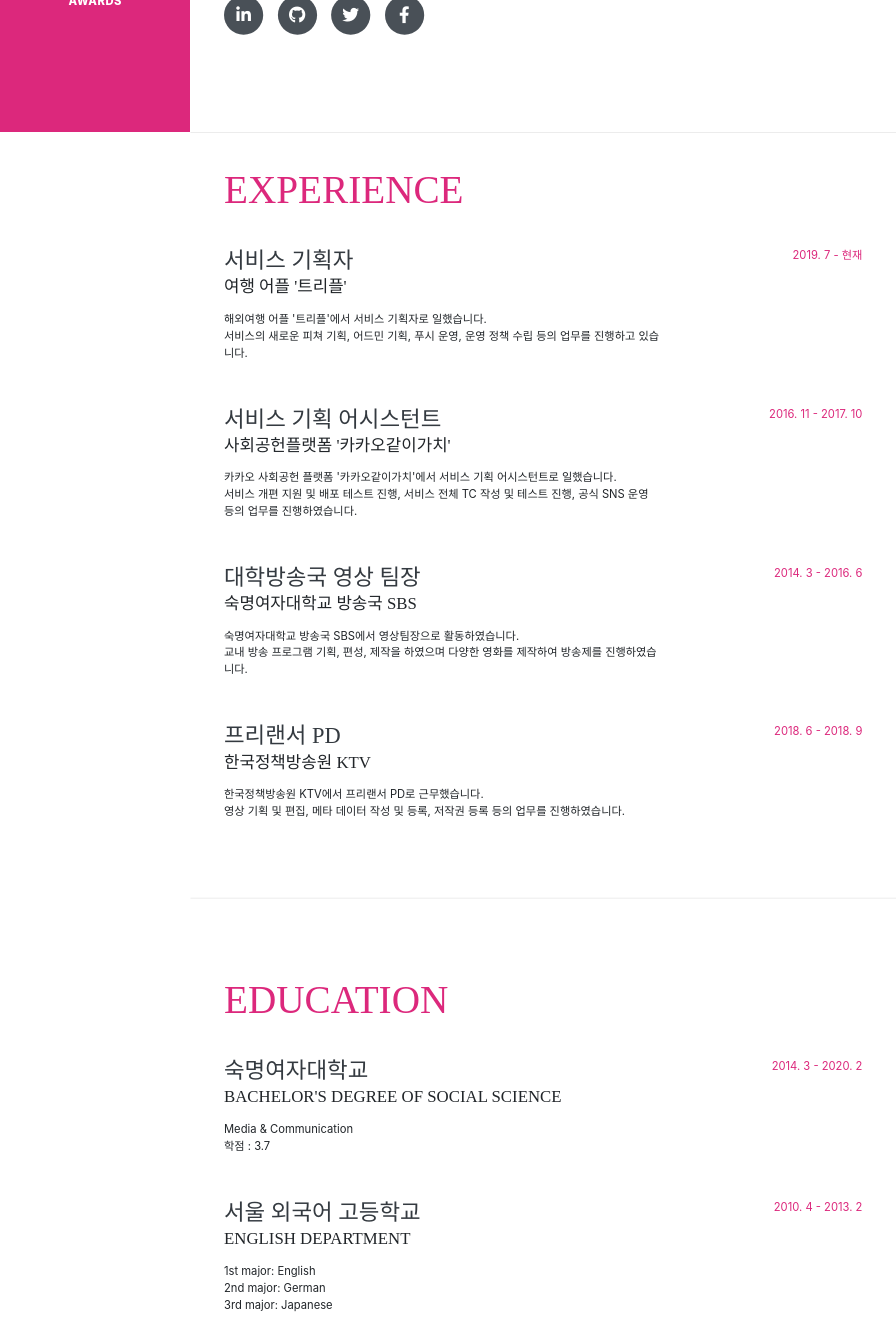
Repository: hyunah-aha/hyunah-aha
Page: Resume/index.html
The author's editor kept a record of every edit. The page is drawn from the files as they stood at one moment, then again after the next edit.
The browser window is 1280 px wide. The pictures show the part of the page from y = 532 to 2452 px (the page is 4823 px tall before and 4804 px after), at 70% of full size.
A picture or video elsewhere on the page could not be fetched, so the positions and the page height are approximate. Some web fonts or font styles are not loaded; a fallback is used.

Above is the page before.

### Resume/index.html
<!DOCTYPE html>
<html lang="kor">

<head>

  <meta charset="utf-8">
  <meta name="viewport" content="width=device-width, initial-scale=1, shrink-to-fit=no">
  <meta name="description" content="">
  <meta name="author" content="">

  <title>Resume - Start Bootstrap Theme</title>

  <!-- Bootstrap core CSS -->
  <link href="vendor/bootstrap/css/bootstrap.min.css" rel="stylesheet">

  <!-- Custom fonts for this template -->
  <link href="https://fonts.googleapis.com/css?family=Saira+Extra+Condensed:500,700" rel="stylesheet">
  <link href="https://fonts.googleapis.com/css?family=Muli:400,400i,800,800i" rel="stylesheet">
  <link href="vendor/fontawesome-free/css/all.min.css" rel="stylesheet">

  <!-- Custom styles for this template -->
  <link href="css/resume.css" rel="stylesheet">

</head>

<body id="page-top">

  <nav class="navbar navbar-expand-lg navbar-dark bg-primary fixed-top" id="sideNav">
    <a class="navbar-brand js-scroll-trigger" href="#page-top">
      <span class="d-block d-lg-none">조현아의 포트폴리오
</span>
      <span class="d-none d-lg-block">
        <img class="img-fluid img-profile rounded-circle mx-auto mb-2" src="img/hyunah_profile2.jpeg" alt="">
      </span>
    </a>
    <button class="navbar-toggler" type="button" data-toggle="collapse" data-target="#navbarSupportedContent" aria-controls="navbarSupportedContent" aria-expanded="false" aria-label="Toggle navigation">
      <span class="navbar-toggler-icon"></span>
    </button>
    <div class="collapse navbar-collapse" id="navbarSupportedContent">
      <ul class="navbar-nav">
        <li class="nav-item">
          <a class="nav-link js-scroll-trigger" href="#about">Hello :D </a>
        </li>
        <li class="nav-item">
          <a class="nav-link js-scroll-trigger" href="#experience">experience</a>
        </li>
        <li class="nav-item">
        </li>
        <li class="nav-item">
          <a class="nav-link js-scroll-trigger" href="#skills">skills</a>
        </li>
        <li class="nav-item">
          <a class="nav-link js-scroll-trigger" href="#interests">interests</a>
        </li>
        <li class="nav-item">
          <a class="nav-link js-scroll-trigger" href="#awards">awards</a>
        </li>
      </ul>
    </div>
  </nav>

  <div class="container-fluid p-0">

    <section class="resume-section p-3 p-lg-5 d-flex align-items-center" id="about">
      <div class="w-100">
        <h1 class="mb-0">조현아
        </h1>
        <br>
        <div class="subheading mb-5">T. 010-8704-0516<br>
          <a href="mailto:someday_ii@hanmail.net">E. someday_ii@hanmail.net</a>
        </div>
        <p class="lead mb-5">안녕하세요. 1년차 서비스 기획자 조현아입니다 🐥🌱 <br>이 자료는 저의 경력 사항들과, 그 이외의 경험들을 담고 있습니다. <br> 시간 내주셔서 감사드립니다. 지금부터 제 소개를 시작하겠습니다.</p>
        <br>
        <div class="social-icons">
          <a href="https://www.triple.guide/intro/" target="_blank">
            <i class="fab fa-linkedin-in"></i>
          </a>
          <a href="https://together.kakao.com/" target="_blank">
            <i class="fab fa-github"></i>
          </a>
          <a href="https://www.naver.com/" target="_blank">
            <i class="fab fa-twitter"></i>
          </a>
          <a href="https://www.daum.net" target="_blank">
            <i class="fab fa-facebook-f"></i>
          </a>
        </div>
      </div>
    </section>

    <hr class="m-0">

    <section class="resume-section p-3 p-lg-5 d-flex justify-content-center" id="experience">
      <div class="w-100">
        <h2 class="mb-5">Experience</h2>

        <div class="resume-item d-flex flex-column flex-md-row justify-content-between mb-5">
          <div class="resume-content">
            <h3 class="mb-0">서비스 기획자</h3>
            <div class="subheading mb-3">여행 어플 '트리플'</div>
            <p>해외여행 어플 '트리플'에서 서비스 기획자로 일했습니다. <br> 서비스의 새로운 피쳐 기획, 어드민 기획, 푸시 운영, 운영 정책 수립 등의 업무를 진행하고 있습니다. </p>
          </div>
          <div class="resume-date text-md-right">
            <span class="text-primary">2019. 7 - 현재</span>
          </div>
        </div>

        <div class="resume-item d-flex flex-column flex-md-row justify-content-between mb-5">
          <div class="resume-content">
            <h3 class="mb-0">서비스 기획 어시스턴트</h3>
            <div class="subheading mb-3">사회공헌플랫폼 '카카오같이가치'</div>
            <p>카카오 사회공헌 플랫폼 '카카오같이가치'에서 서비스 기획 어시스턴트로 일했습니다. <br>  서비스 개편 지원 및 배포 테스트 진행, 서비스 전체 TC 작성 및 테스트 진행, 공식 SNS 운영 등의 업무를 진행하였습니다. </p>
          </div>
          <div class="resume-date text-md-right">
            <span class="text-primary">2016. 11 - 2017. 10</span>
          </div>
        </div>

        <div class="resume-item d-flex flex-column flex-md-row justify-content-between">
          <div class="resume-content">
            <h3 class="mb-0">대학방송국 영상 팀장</h3>
            <div class="subheading mb-3">숙명여자대학교 방송국 SBS</div>
            <p>숙명여자대학교 방송국 SBS에서 영상팀장으로 활동하였습니다. <br>교내 방송 프로그램 기획, 편성, 제작을 하였으며 다양한 영화를 제작하여 방송제를 진행하였습니다.</p>
          </div>
          <div class="resume-date text-md-right">
            <span class="text-primary">2014. 3 - 2016. 6</span>
          </div>
        </div>
        <br><br>

        <div class="resume-item d-flex flex-column flex-md-row justify-content-between mb-5">
          <div class="resume-content">
            <h3 class="mb-0">프리랜서 PD</h3>
            <div class="subheading mb-3">한국정책방송원 KTV</div>
            <p>한국정책방송원 KTV에서 프리랜서 PD로 근무했습니다. <br>영상 기획 및 편집, 메타 데이터 작성 및 등록, 저작권 등록 등의 업무를 진행하였습니다.</p>
          </div>
          <div class="resume-date text-md-right">
            <span class="text-primary">2018. 6 - 2018. 9</span>
          </div>
        </div>

        </div>

      </div>

    </section>

    <hr class="m-0">

    <section class="resume-section p-3 p-lg-5 d-flex align-items-center" id="education">
      <div class="w-100">
        <h2 class="mb-5">Education</h2>

        <div class="resume-item d-flex flex-column flex-md-row justify-content-between mb-5">
          <div class="resume-content">
            <h3 class="mb-0">숙명여자대학교</h3>
            <div class="subheading mb-3">bachelor's degree of social science</div>
            <div>Media & Communication</div>
            <p>학점 : ️3.7</p>
          </div>
          <div class="resume-date text-md-right">
            <span class="text-primary">2014. 3 - 2020. 2</span>
          </div>
        </div>

        <div class="resume-item d-flex flex-column flex-md-row justify-content-between">
          <div class="resume-content">
            <h3 class="mb-0">서울 외국어 고등학교</h3>
            <div class="subheading mb-3">English department</div>
            <p>1st major: English<br>
            2nd major: German<br>
            3rd major: Japanese</p>
          </div>
          <div class="resume-date text-md-right">
            <span class="text-primary">2010. 4 - 2013. 2</span>
          </div>
        </div>

      </div>
    </section>

    <hr class="m-0">


    <section class="resume-section p-3 p-lg-5 d-flex align-items-center" id="skills">
      <div class="w-100">
        <h2 class="mb-5">Skills</h2>

        <div class="subheading mb-3">Programming Languages &amp; Tools</div>
        <ul class="list-inline dev-icons">
          <li class="list-inline-item">
            <i class="fab fa-html5"></i>
          </li>
          <li class="list-inline-item">
            <i class="fab fa-css3-alt"></i>
          </li>
          <li class="list-inline-item">
            <i class="fab fa-js-square"></i>
          </li>
          <li class="list-inline-item">
            <i class="fab fa-angular"></i>
          </li>
          <li class="list-inline-item">
            <i class="fab fa-react"></i>
          </li>
          <li class="list-inline-item">
            <i class="fab fa-node-js"></i>
          </li>
          <li class="list-inline-item">
            <i class="fab fa-sass"></i>
          </li>
          <li class="list-inline-item">
            <i class="fab fa-less"></i>
          </li>
          <li class="list-inline-item">
            <i class="fab fa-wordpress"></i>
          </li>
          <li class="list-inline-item">
            <i class="fab fa-gulp"></i>
          </li>
          <li class="list-inline-item">
            <i class="fab fa-grunt"></i>
          </li>
          <li class="list-inline-item">
            <i class="fab fa-npm"></i>
          </li>
        </ul>

        <div class="subheading mb-3">Know more</div>
        <div class="card" style="width: 18rem;">
          <img src="..." class="card-img-top" alt="...">
          <div class="card-body">
          <h5 class="card-title">트리플</h5>
          <p class="card-text">Some quick example text to build on the card title and make up the bulk of the card's content.</p>
          <a href=https://www.triple.guide/intro/ class="btn btn-primary">더보기</a>
        </div>
</div>
      </div>
    </section>

    <hr class="m-0">

    <section class="resume-section p-3 p-lg-5 d-flex align-items-center" id="interests">
      <div class="w-100">
        <h2 class="mb-5">Interests</h2>
        <h5>저는 밖에서 걷고, 뛰는 것을 좋아합니다. <br>아무 도구 없이도, 두 발만 있으면 언제 어디서든 할 수 있다는 '자유로움' 때문입니다. 그리고, 걷거나 달리면서 다양한 것들을 할 수 있어요. 특별한 상상을 할 수도 있고, 머리 속을 텅- 비워볼 수 있고, 또 복잡했던 고민을 풀거나 감정을 정리할 수도 있어요. 종종 책상에선 떠오르지 않던 아이디어가 뿅! 하고 튀어나오기도 해요. :D</h5><br>
        <p class="mb-0">그리고 또, 이런 것들을 좋아해요.<br>
        #영화 #여행 #강아지 #글씨쓰기 #대화 #혼자만의_시간 #디즈니 #상상</p>
      </div>
    </section>

    <hr class="m-0">

    <section class="resume-section p-3 p-lg-5 d-flex align-items-center" id="awards">
      <div class="w-100">
        <h2 class="mb-5">Awards &amp; Certifications</h2>
        <ul class="fa-ul mb-0">
          <li>
            <i class="fa-li fa fa-trophy text-warning"></i>
            대한민국 CSR 필름 페스티벌 재능나눔상(보건복지부장관상)</li>
          <li>
            <i class="fa-li fa fa-trophy text-warning"></i>
            신한은행 광고 영상 UCC 공모전 우수상</li>
          <li>
            <i class="fa-li fa fa-trophy text-warning"></i>
            경찰청 29초 영화제 최우수상</li>

        </ul>
      </div>
    </section>

  </div>

  <!-- Bootstrap core JavaScript -->
  <script src="vendor/jquery/jquery.min.js"></script>
  <script src="vendor/bootstrap/js/bootstrap.bundle.min.js"></script>

  <!-- Plugin JavaScript -->
  <script src="vendor/jquery-easing/jquery.easing.min.js"></script>

  <!-- Custom scripts for this template -->
  <script src="js/resume.min.js"></script>

</body>

</html>

### Resume/css/resume.css
/*!
 * Start Bootstrap - Resume v5.0.8 (https://startbootstrap.com/template-overviews/resume)
 * Copyright 2013-2019 Start Bootstrap
 * Licensed under MIT (https://github.com/BlackrockDigital/startbootstrap-resume/blob/master/LICENSE)
 */
head

body {
  font-family: 'MapoGoldenPier'; src: url('https://cdn.jsdelivr.net/gh/projectnoonnu/noonfonts_2001@1.1/MapoGoldenPierA.woff') format('woff'); font-weight: normal; font-style: normal;
  padding-top: 54px;
  color: #868e96;
}

@media (min-width: 992px) {
  body {
    padding-top: 0;
    padding-left: 17rem;
  }
}

h1,
h2,
h3,
h4,
h5,
h6 {
  font-family: 'MapoGoldenPier'; src: url('https://cdn.jsdelivr.net/gh/projectnoonnu/noonfonts_2001@1.1/MapoGoldenPierA.woff') format('woff'); font-weight: normal; font-style: normal;
  text-transform: uppercase;
  color: #343a40;
}

h1 {
  font-size: 6rem;
  line-height: 5.5rem;
  font-family: 'MapoGoldenPier';
  font-style:'bold';
}

h2 {
  color: #dc287c;
  font-size: 3.5rem;
  font-family: 'MapoGoldenPier';
}

h3 {
  font-size: 2rem;
  font-family: 'MapoGoldenPier';
}

p.lead {
  font-size: 1.15rem;
  font-weight: 400;
  font-family: 'MapoGoldenPier';
}

.subheading {
  text-transform: uppercase;
  font-weight: 500;
  font-family: 'MapoGoldenPier'; src: url('https://cdn.jsdelivr.net/gh/projectnoonnu/noonfonts_2001@1.1/MapoGoldenPierA.woff') format('woff'); font-weight: normal; font-style: normal;
  font-size: 1.5rem;
}

.social-icons a {
  display: inline-block;
  height: 3.5rem;
  width: 3.5rem;
  background-color: #495057;
  color: #fff !important;
  border-radius: 100%;
  text-align: center;
  font-size: 1.5rem;
  line-height: 3.5rem;
  margin-right: 1rem;
  font-family: 'MapoGoldenPier';
}

.social-icons a:last-child {
  margin-right: 0;
}

.social-icons a:hover {
  background-color: #BD5D38;
}

.dev-icons {
  font-size: 3rem;
}

.dev-icons .list-inline-item i:hover {
  color: #BD5D38;
}

#sideNav .navbar-nav .nav-item .nav-link {
  font-weight: 800;
  letter-spacing: 0.05rem;
  text-transform: uppercase;
}

#sideNav .navbar-toggler:focus {
  outline-color: #d48a6e;
}

@media (min-width: 992px) {
  #sideNav {
    text-align: center;
    position: fixed;
    top: 0;
    left: 0;
    display: flex;
    flex-direction: column;
    width: 17rem;
    height: 100vh;
  }
  #sideNav .navbar-brand {
    display: flex;
    margin: auto auto 0;
    padding: 0.5rem;
  }
  #sideNav .navbar-brand .img-profile {
    max-width: 10rem;
    max-height: 10rem;
    border: 0.5rem solid rgba(255, 255, 255, 0.2);
  }
  #sideNav .navbar-collapse {
    display: flex;
    align-items: flex-start;
    flex-grow: 0;
    width: 100%;
    margin-bottom: auto;
  }
  #sideNav .navbar-collapse .navbar-nav {
    flex-direction: column;
    width: 100%;
  }
  #sideNav .navbar-collapse .navbar-nav .nav-item {
    display: block;
  }
  #sideNav .navbar-collapse .navbar-nav .nav-item .nav-link {
    display: block;
  }
}

section.resume-section {
  padding-top: 5rem !important;
  padding-bottom: 5rem !important;
  max-width: 75rem;
}

section.resume-section .resume-item .resume-date {
  min-width: none;
}

@media (min-width: 768px) {
  section.resume-section {
    min-height: 100vh;
  }
  section.resume-section .resume-item .resume-date {
    min-width: 18rem;
  }
}

@media (min-width: 992px) {
  section.resume-section {
    padding-top: 3rem !important;
    padding-bottom: 3rem !important;
  }
}

.bg-primary {
  background-color: #dc287c !important;
}

.text-primary {
  color: #dc287c !important;
}

a {
  color: #dc287c;
}

a:hover, a:focus, a:active {
  color: #824027;
}

Loaded but not shown: Resume/vendor/bootstrap/css/bootstrap.min.css (library); Resume/vendor/fontawesome-free/css/all.min.css (library); Resume/vendor/jquery/jquery.min.js (library); Resume/vendor/bootstrap/js/bootstrap.bundle.min.js (library); Resume/vendor/jquery-easing/jquery.easing.min.js (common file); Resume/js/resume.min.js (common file)

After the next edit:
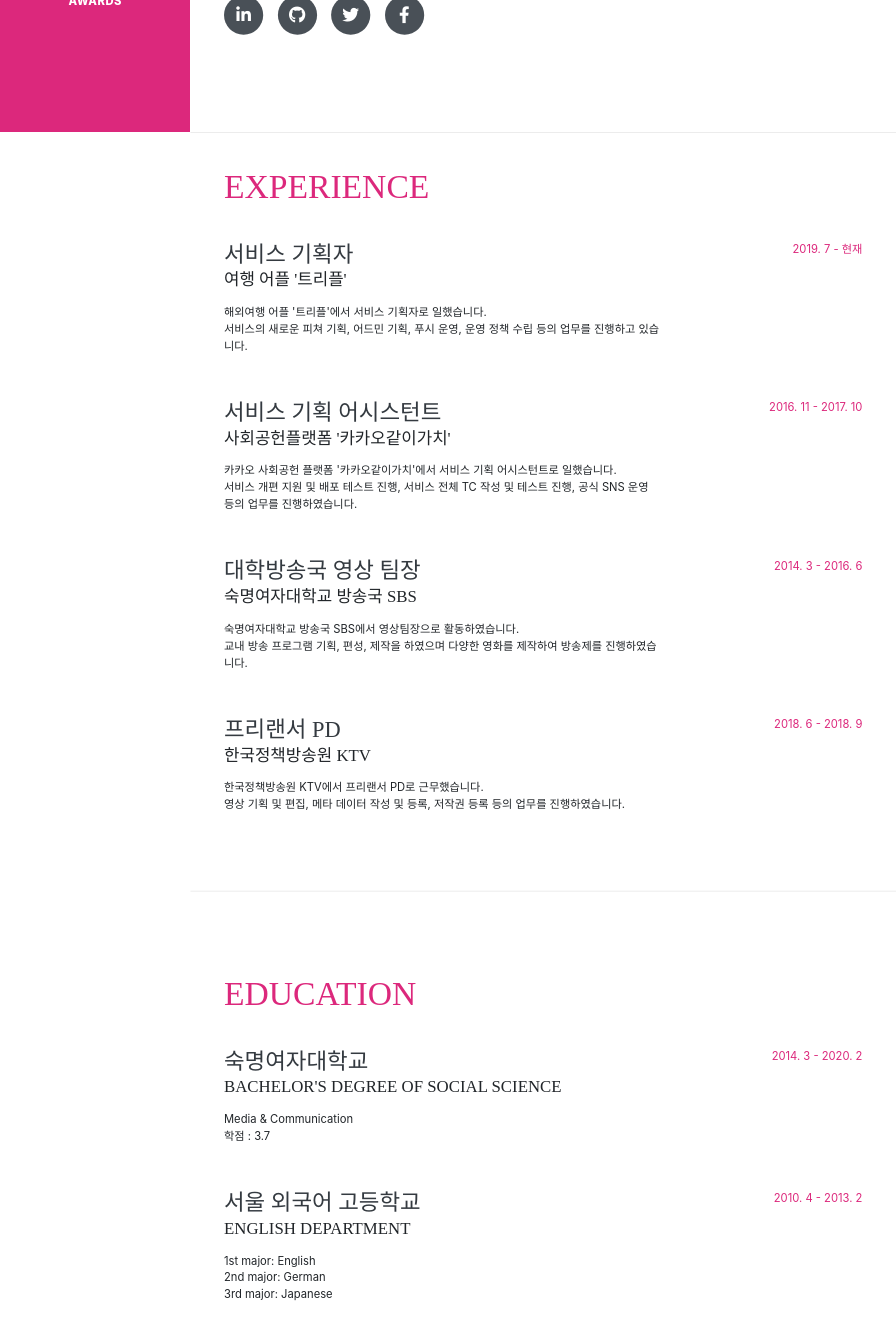
The edit:
--- a/Resume/css/resume.css
+++ b/Resume/css/resume.css
@@ -38,8 +38,7 @@
 
 h2 {
   color: #dc287c;
-  font-size: 3.5rem;
-  font-family: 'MapoGoldenPier';
+  font-size: 3rem;
 }
 
 h3 {
